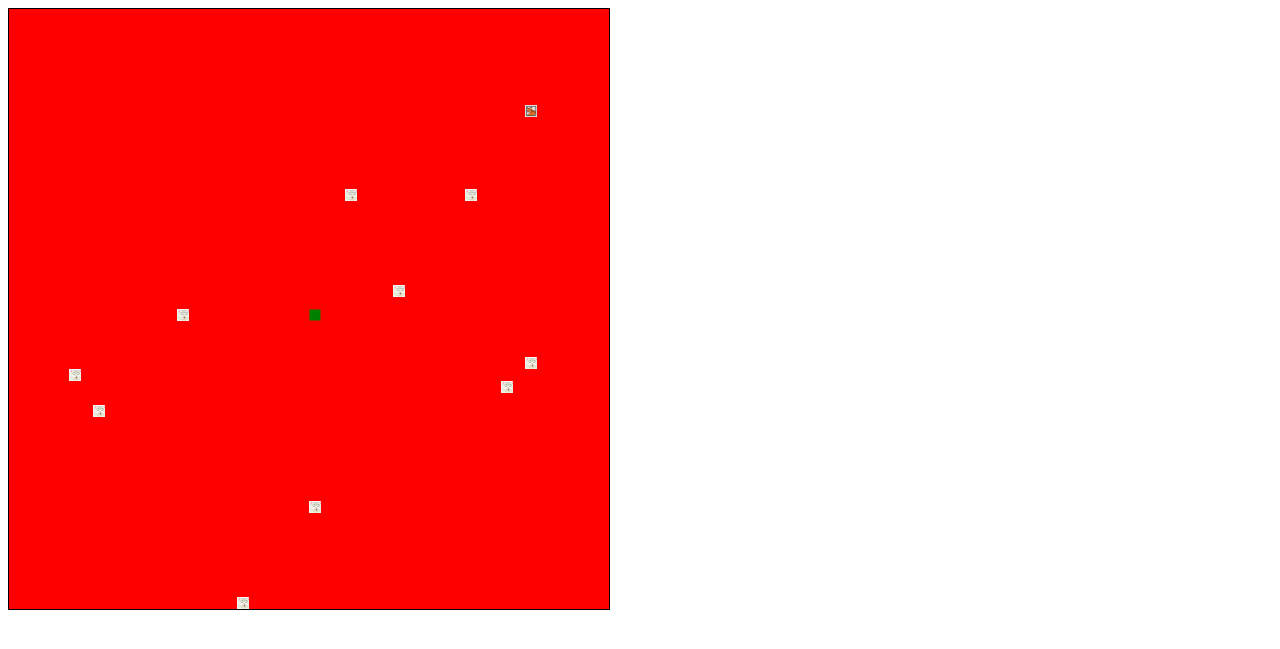
Repository: melon-husk/snakeGame
Page: index2.html
These files come from the project's save history. The page is drawn as it stood at one moment and after the next save; the edit follows.
The browser window is 1280 px wide. The pictures show the whole page.

Above is the page before, as saved 2020-05-22 19:46:28.

After the next save:
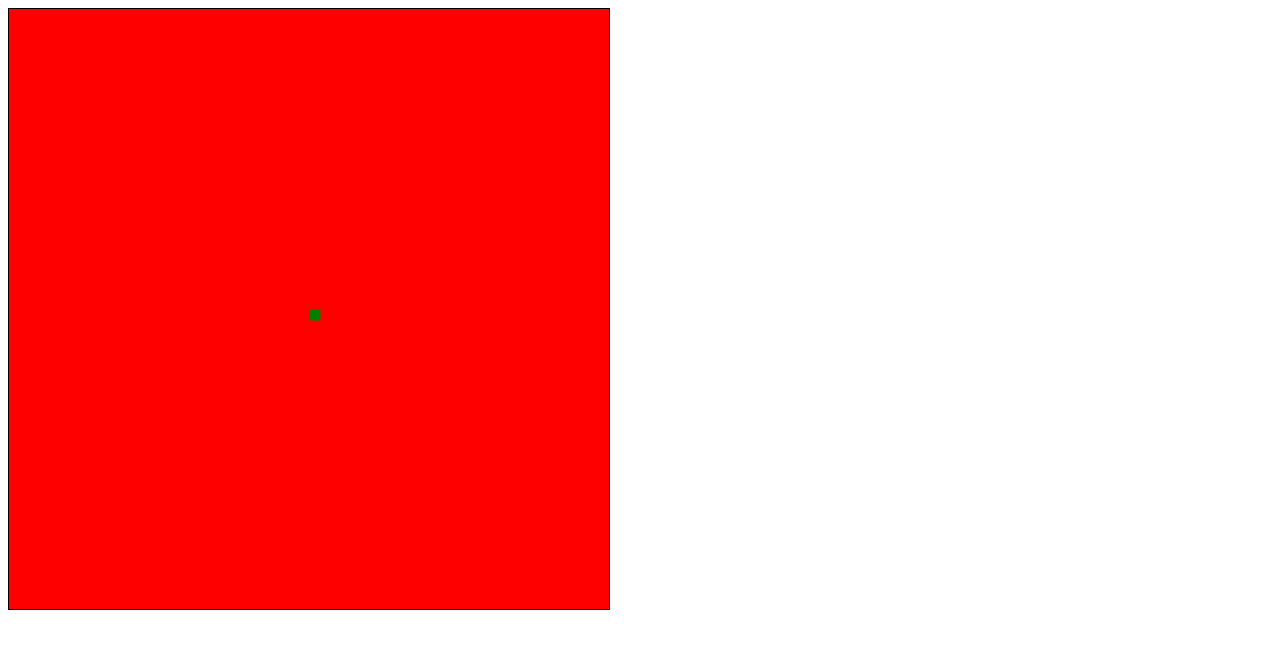
Saved 41 s later.
--- a/script.js
+++ b/script.js
@@ -126,8 +126,8 @@
 let snakeX = snake[0].x;
 let snakeY = snake[0].y;
 
-    ctx.fillStyle = backGroundColor;
-    ctx.fillRect(0, 0, boxWidth, boxHeight);
+    //ctx.fillStyle = backGroundColor;
+    //ctx.fillRect(0, 0, boxWidth, boxHeight);
 
     /*for( let i = 0; i < snake.length ; i++){
         ctx.fillStyle = ( i == 0 )? "green" : "white";
@@ -138,13 +138,14 @@
     }*/
 
     drawSnakeMovement(snake);
+    /*
     for( let i = 0; i < friends.length ; i++){
         ctx.drawImage(friendImg, friends[i].x, friends[i].y,elementWidth,elementHeight);
     }
 
     ctx.drawImage(enemyImg, enemy.x, enemy.y,elementWidth,elementHeight);
 
-
+*/
     // which direction
     if( d == "LEFT") snakeX -= elementWidth;
     if( d == "UP") snakeY -= elementHeight;
@@ -230,5 +231,5 @@
 }
 
 // call draw function every 100 ms
-
+initialCanvasDraw();
 let game = setInterval(redraw,100);
